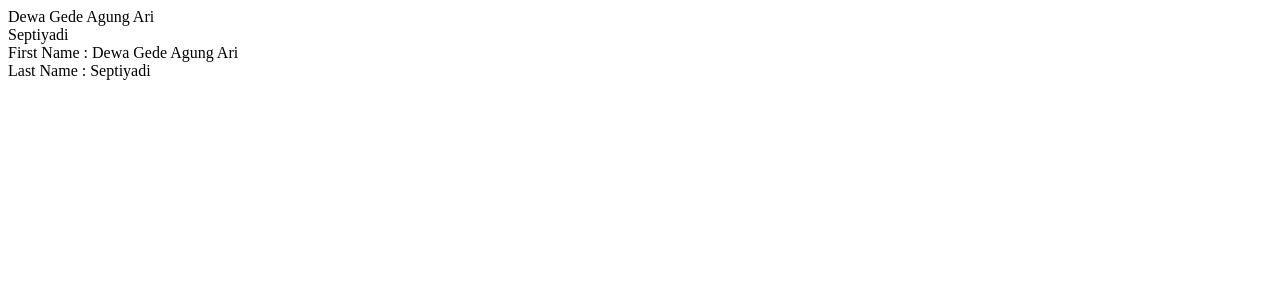
Repository: dewaary/JavaScript-Fundamentals
Page: index.html
The author's editor kept a copy of each file at every save. The page is drawn from the files as they stood at one save, then again after the next save.
The browser window is 1280 px wide. The pictures show the whole page.

Above is the page before, as saved 2021-06-18 23:29:03.

### index.html
<!DOCTYPE html>
<html lang="en">
<head>
    <meta charset="UTF-8">
    <meta http-equiv="X-UA-Compatible" content="IE=edge">
    <meta name="viewport" content="width=device-width, initial-scale=1.0">
    <title>JavaScript Fundamentals</title>
</head>
<body>
    <script src="scripts/type-data-string.js"></script>
</body>
</html>

### scripts/type-data-string.js
// String One
document.writeln("Dewa Gede Agung Ari");
document.writeln("<br>");
document.writeln("Septiyadi");

document.writeln("<br>")

/* String Sum */
document.writeln("First Name : " + "Dewa Gede Agung Ari");
document.writeln("<br>");
document.writeln("Last Name : " + "Septiyadi");

After the next save:
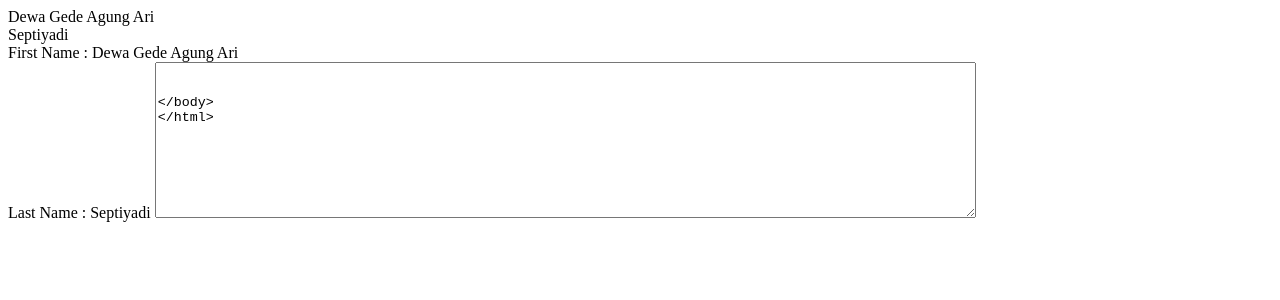
Saved 4 min 28 s later.
--- a/scripts/type-data-string.js
+++ b/scripts/type-data-string.js
@@ -9,3 +9,17 @@
 document.writeln("First Name : " + "Dewa Gede Agung Ari");
 document.writeln("<br>");
 document.writeln("Last Name : " + "Septiyadi");
+
+
+/*  Escape Squence
+
+    /n => Enter
+    /t => Tab
+    /' => /'
+    /" => /"
+    // => //
+
+*/
+
+document.writeln("<textarea cols = '100' rows = '10'>");
+document.writeln("")
